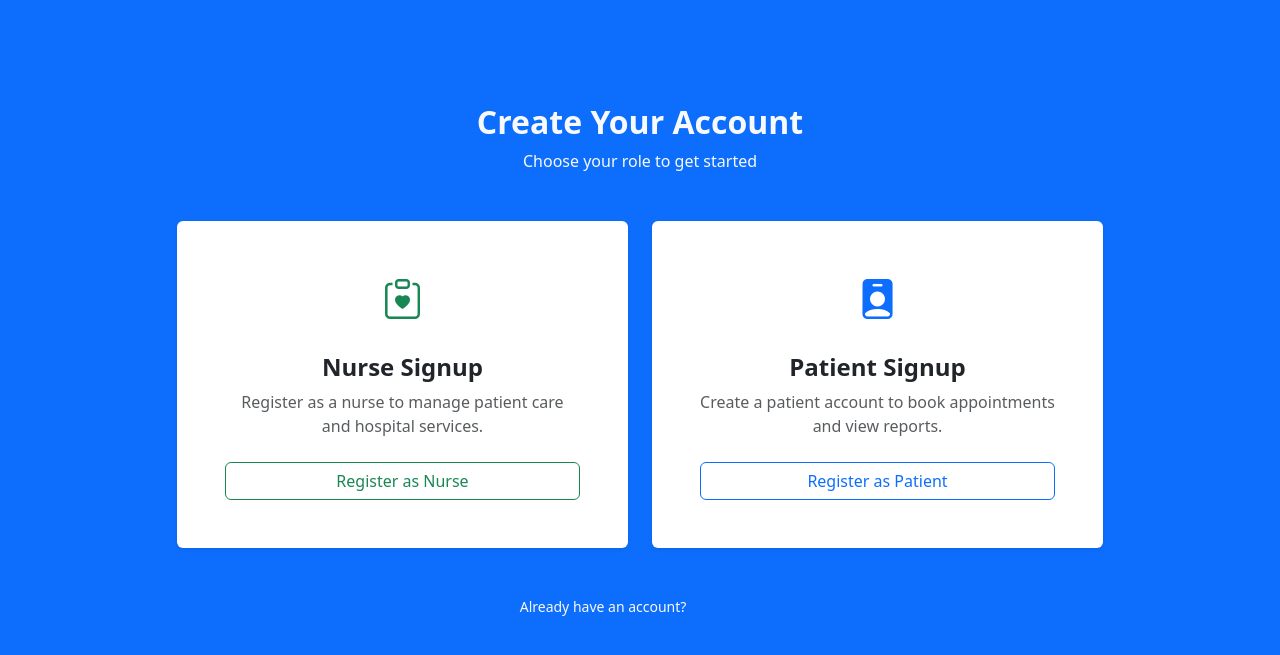
Repository: Rajasekaran0415/LifeCare-Management-System
Page: Project/signup.html
The author's editor kept a copy of each file at every save. The page is drawn from the files as they stood at one save, then again after the next save.
The browser window is 1280 px wide. The pictures show the whole page.

Above is the page before, as saved 2025-12-26 21:42:52.

### Project/signup.html
<!DOCTYPE html>
<html lang="en">
<head>
  <meta charset="UTF-8">
  <title>Signup Selection</title>

  <!-- Bootstrap CSS -->
  <link href="https://cdn.jsdelivr.net/npm/bootstrap@5.3.3/dist/css/bootstrap.min.css" rel="stylesheet">

  <!-- Bootstrap Icons -->
  <link href="https://cdn.jsdelivr.net/npm/bootstrap-icons/font/bootstrap-icons.css" rel="stylesheet">
</head>

<body class="bg-primary d-flex align-items-center" style="min-height:100vh;">

  <div class="container">

    <!-- Header -->
    <div class="text-center mb-5">
      <h2 class="fw-bold text-light">Create Your Account</h2>
      <p class="text-light">Choose your role to get started</p>
    </div>

    <!-- Signup Cards -->
    <div class="row justify-content-center g-4">

      <!-- Nurse Signup -->
      <div class="col-md-5">
        <div class="card border-0 shadow-sm h-100">
          <div class="card-body text-center p-5">

            <div class="mb-4 text-success">
              <i class="bi bi-clipboard-heart fs-1"></i>
            </div>

            <h4 class="fw-bold">Nurse Signup</h4>
            <p class="text-muted mb-4">
              Register as a nurse to manage patient care and hospital services.
            </p>

            <a href="nursesignup.html" class="btn btn-outline-success w-100">
              Register as Nurse
            </a>

          </div>
        </div>
      </div>

      <!-- Patient Signup -->
      <div class="col-md-5">
        <div class="card border-0 shadow-sm h-100">
          <div class="card-body text-center p-5">

            <div class="mb-4 text-primary">
              <i class="bi bi-person-badge-fill fs-1"></i>
            </div>

            <h4 class="fw-bold">Patient Signup</h4>
            <p class="text-muted mb-4">
              Create a patient account to book appointments and view reports.
            </p>

            <a href="patientsignup.html" class="btn btn-outline-primary w-100">
              Register as Patient
            </a>

          </div>
        </div>
      </div>

    </div>

    <div class="text-center mt-5 text-light small">
      Already have an account?
      <a href="login.html" class="text-decoration-light">Login here</a>
    </div>

  </div>

</body>
</html>

After the next save:
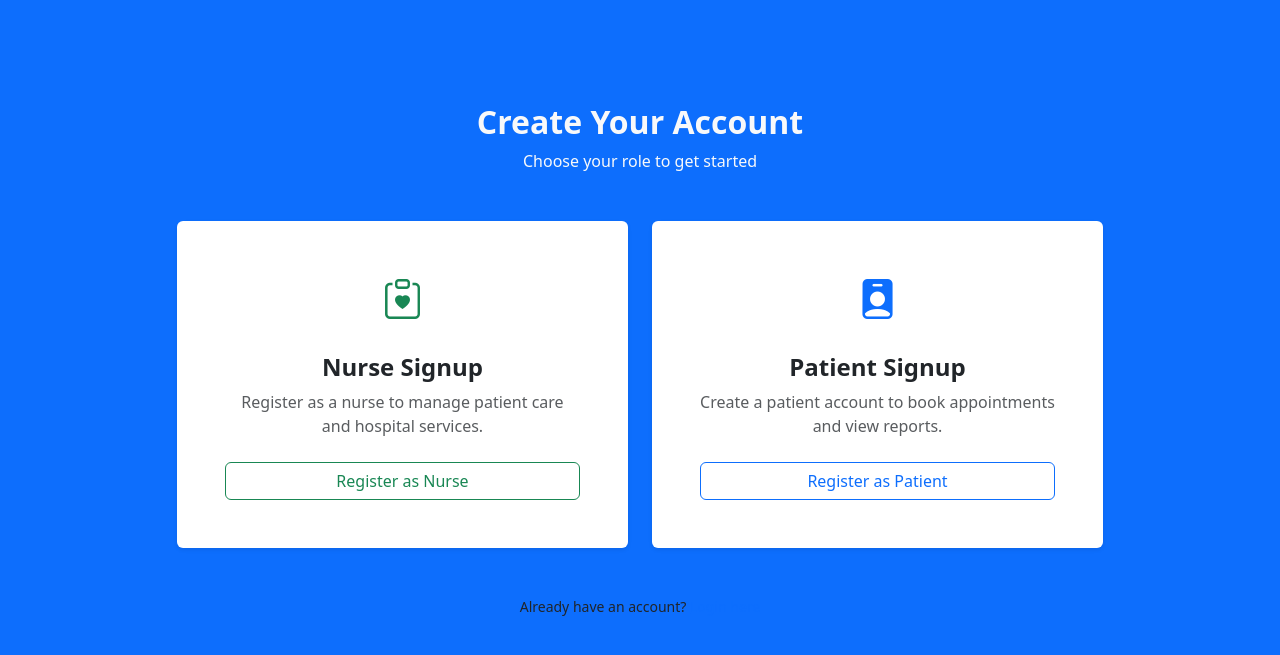
Saved 17 s later.
--- a/Project/signup.html
+++ b/Project/signup.html
@@ -70,7 +70,7 @@
 
     </div>
 
-    <div class="text-center mt-5 text-light small">
+    <div class="text-center mt-5 text-dark small">
       Already have an account?
       <a href="login.html" class="text-decoration-light">Login here</a>
     </div>
